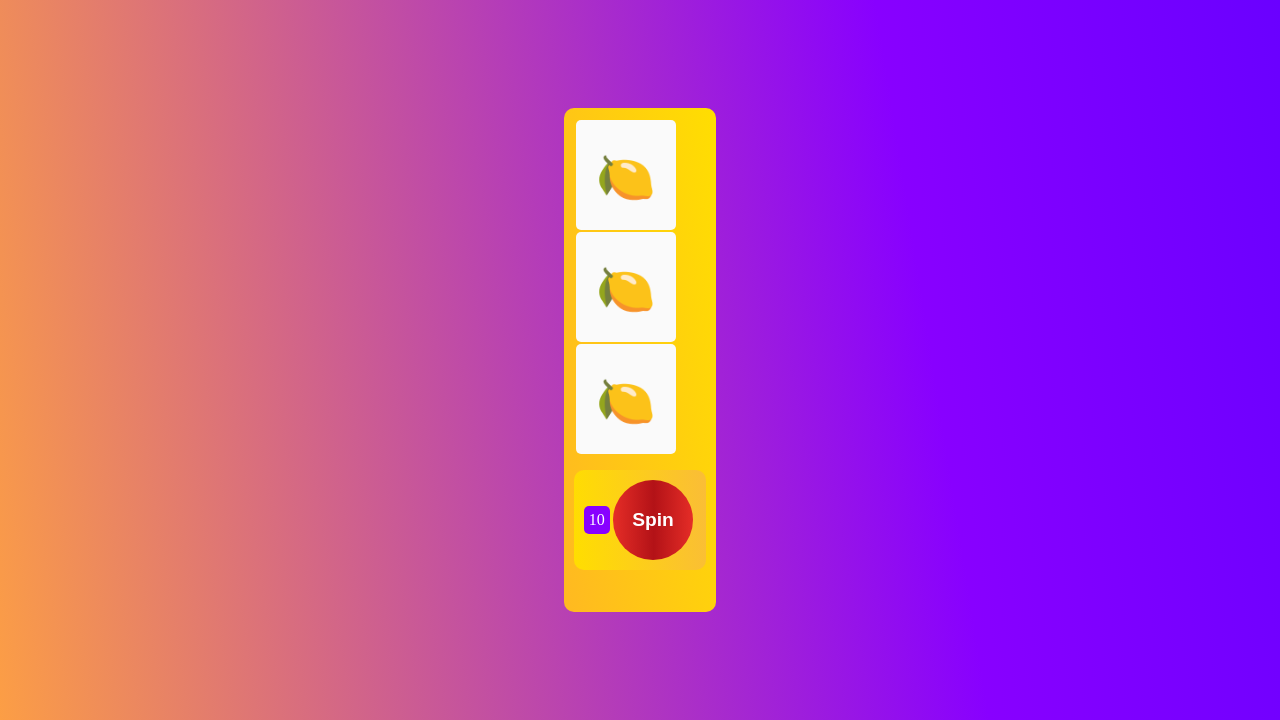
Repository: HERBOD7/slotmachine
Page: /
These files come from the project's save history. The page is drawn as it stood at one moment and after the next save; the edit follows.
The browser window is 1280 px wide. The pictures show the whole page.
The project was rebuilt for these pictures with package versions that can differ from the ones it lists, and the page was loaded fresh each time. Also part of the build but not shown: vue.config.js.

Above is the page before, as saved 2023-07-23 12:18:29.

### src/App.vue
<template>
  <div id="app">
    <div class="slots">
      <div class="slot" v-for="(symbol, name, i) in symbols" :key="i">
        <SlotBox
          :symbols="symbol"
          :slotName="name"
          :slotIsShuffling="isShuffling"
        />
      </div>

      <div class="buttons">
        <div class="credit">{{ credit }}</div>
        <button @click="spin" class="spinner">Spin</button>
      </div>
    </div>
  </div>
</template>

<script>
import SlotBox from "./components/SlotBox.vue";

export default {
  name: "App",
  components: {
    SlotBox,
  },
  data() {
    return {
      symbols: {
        firstSlot: ["🍋", "🍉", "🍒", "🍊"],
        secondSlot: ["🍋", "🍉", "🍒", "🍊"],
        thirdSlot: ["🍋", "🍉", "🍒", "🍊"],
      },
      isShuffling: false,
      credit: 10,
    };
  },
  methods: {
    spin() {
      this.isShuffling = true;
      for (let name in this.symbols) {
        const arr = [];
        arr.push(...this.symbols[name]);
        this.symbols[name] = this.shuffle(arr);
      }
      setTimeout(() => {
        this.isShuffling = false;
      }, 100);
    },
    shuffle(array) {
      for (let i = array.length - 1; i > 0; i--) {
        const j = Math.floor(Math.random() * (i + 1));
        [array[i], array[j]] = [array[j], array[i]];
      }
      return array;
    },
  },
};
</script>

<style>
body {
  width: 100vw;
  height: 100vh;
  margin: 0;
  padding: 0;
}

#app {
  width: 100%;
  height: 100%;
  display: flex;
  flex-direction: column;
  justify-content: center;
  align-items: center;
  background: rgb(106, 0, 255);
  background: linear-gradient(
    261deg,
    rgba(106, 0, 255, 1) 0%,
    rgba(136, 0, 255, 1) 29%,
    rgba(252, 158, 69, 1) 100%
  );
}

.slots {
  background: rgb(255, 222, 1);
  background: linear-gradient(
    261deg,
    rgba(255, 222, 1, 1) 0%,
    rgba(255, 185, 33, 1) 100%
  );
  padding: 10px;
  border-radius: 10px;
}

.slot {
  background: #fafafa;
  width: 100px;
  height: 110px;
  overflow: hidden;
  border-radius: 5px;
  margin: 2px;
}

.buttons {
  margin: 1rem 0 2rem 0;
  background: rgb(255, 222, 0);
  background: linear-gradient(
    85deg,
    rgba(255, 222, 0, 1) 0%,
    rgba(250, 189, 55, 1) 100%
  );
  display: flex;
  align-items: center;
  padding: 10px;
  border-radius: 10px;
}

button {
  cursor: pointer;
  font-size: 1.2rem;
  margin: 0 0.2rem;
  border: none;
  border-radius: 5px;
  padding: 10px 15px;
}

.credit {
  background: rgba(136, 0, 255, 1);
  padding: 5px;
  border-radius: 5px;
  color: white;
}

.spinner {
  height: 80px;
  width: 80px;
  border-radius: 100%;
  background: rgb(255, 0, 0);
  background-image: linear-gradient(
    to right,
    #e52d27 0%,
    #b31217 51%,
    #e52d27 100%
  );
  color: white;
  font-weight: bold;
}

.spinner:hover {
  background-position: right center;
}
</style>

### src/components/SlotBox.vue
<template>
  <div class="boxes">
    <div
      :class="[
        'box',
        slotIsShuffling ? 'before-animate blur' : slotName + '-animation',
      ]"
      v-for="(item, index) in symbols"
      :key="index"
    >
      {{ item }}
    </div>
  </div>
</template>

<script>
export default {
  name: "SlotBox",
  props: {
    symbols: Array,
    slotIsShuffling: Boolean,
    slotName: String,
  },
};
</script>

<!-- Add "scoped" attribute to limit CSS to this component only -->
<style scoped>
.boxes {
  transform: translateY(0);
  transition: transform 1s ease-in-out;
}

.box {
  display: flex;
  justify-content: center;
  align-items: center;
  font-size: 3rem;
  height: 110px;
  width: 100px;
}

.firstSlot-animation {
  transform: translateY(3px);
  transition: transform 0.5s ease-in-out;
}

.secondSlot-animation {
  transform: translateY(3px);
  transition: transform 0.8s ease-in-out;
}

.thirdSlot-animation {
  transform: translateY(3px);
  transition: transform 1s ease-in-out;
}

.before-animate {
  transform: translateY(-20px);
}

.blur {
  filter: blur(1px);
}
</style>

Loaded but not shown: public/index.html (common file); src/main.js (common file)

After the next save:
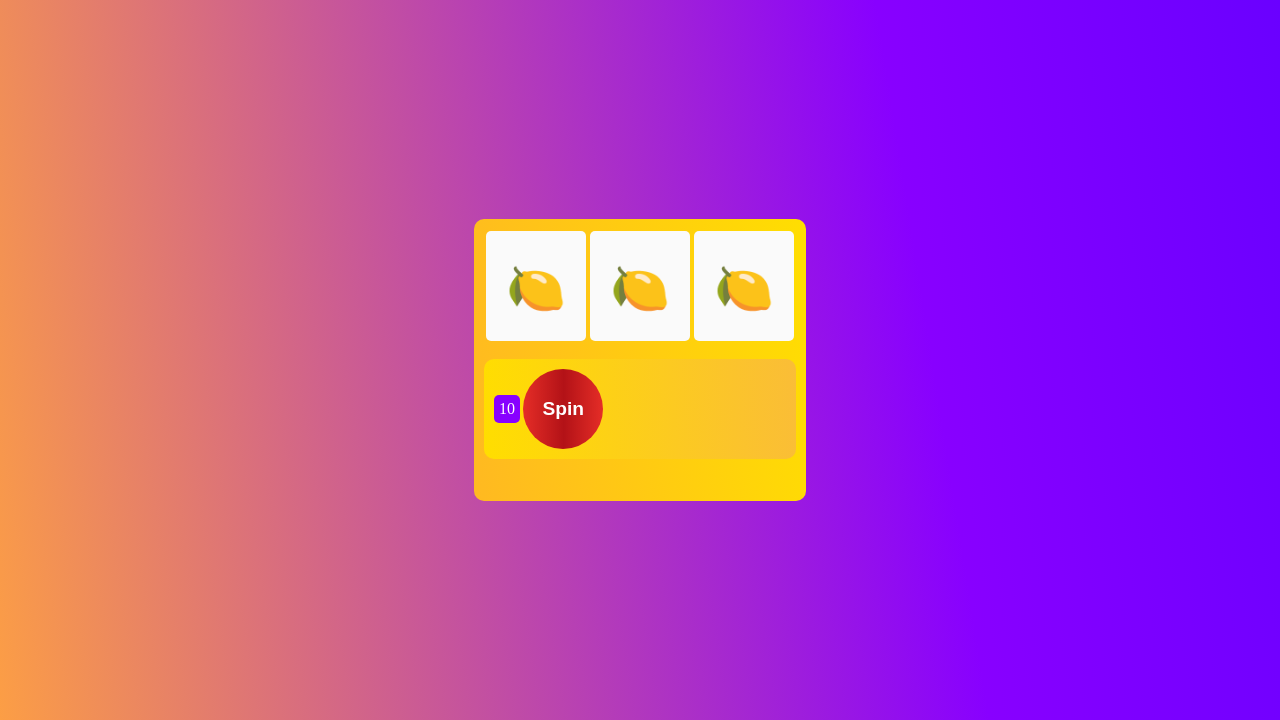
Saved 65 s later.
--- a/src/App.vue
+++ b/src/App.vue
@@ -1,12 +1,14 @@
 <template>
   <div id="app">
-    <div class="slots">
-      <div class="slot" v-for="(symbol, name, i) in symbols" :key="i">
-        <SlotBox
-          :symbols="symbol"
-          :slotName="name"
-          :slotIsShuffling="isShuffling"
-        />
+    <div class="machine">
+      <div class="slots">
+        <div class="slot" v-for="(symbol, name, i) in symbols" :key="i">
+          <SlotBox
+            :symbols="symbol"
+            :slotName="name"
+            :slotIsShuffling="isShuffling"
+          />
+        </div>
       </div>
 
       <div class="buttons">
@@ -83,7 +85,7 @@ body {
   );
 }
 
-.slots {
+.machine {
   background: rgb(255, 222, 1);
   background: linear-gradient(
     261deg,
@@ -92,6 +94,18 @@ body {
   );
   padding: 10px;
   border-radius: 10px;
+}
+
+.slots {
+  display: flex;
+  /* background: rgb(255, 222, 1);
+  background: linear-gradient(
+    261deg,
+    rgba(255, 222, 1, 1) 0%,
+    rgba(255, 185, 33, 1) 100%
+  );
+  padding: 10px;
+  border-radius: 10px; */
 }
 
 .slot {
